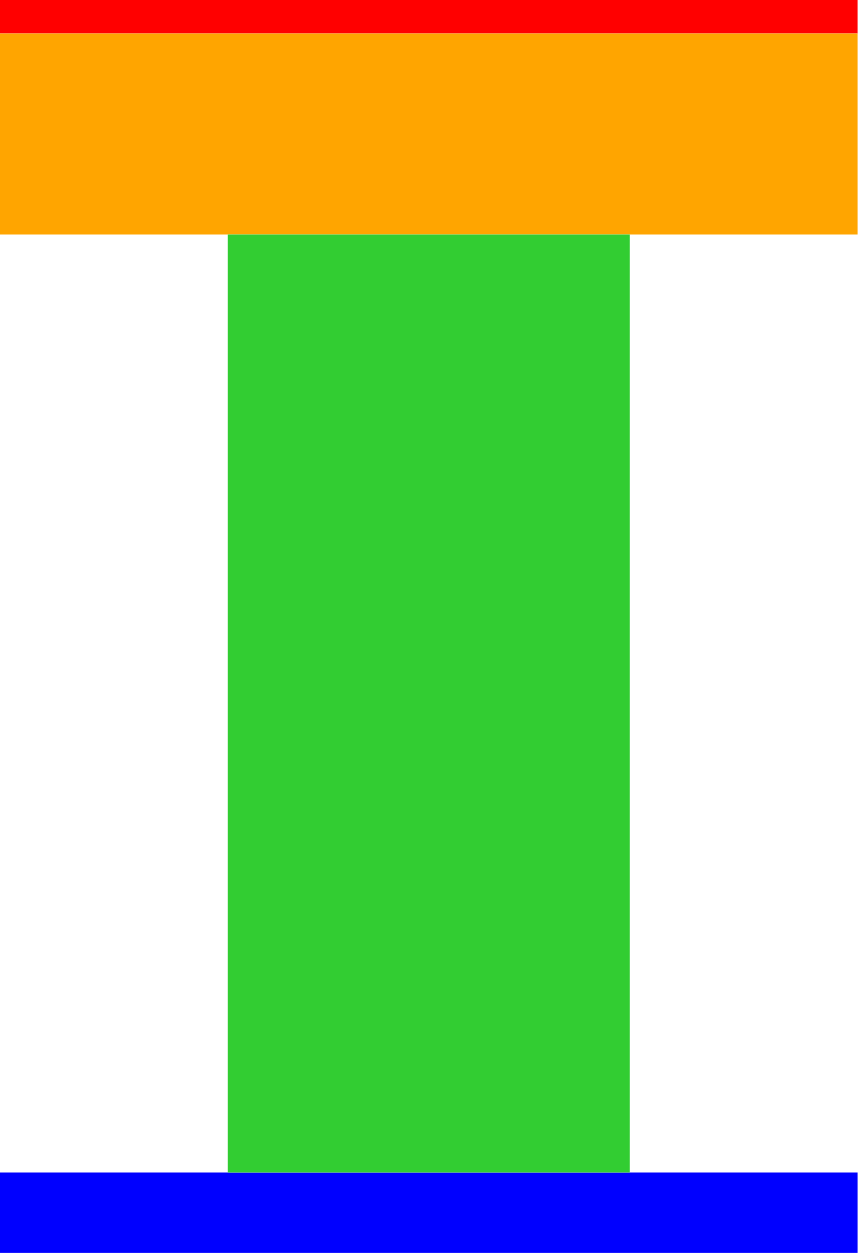
Repository: decknoboh/exercise1-8
Page: exercise1-4/index.html
The author's editor kept a record of every edit. The page is drawn from the files as they stood at one moment, then again after the next edit.
The browser window is 1280 px wide. The pictures show the whole page, at 67% of full size.

Above is the page before.

After the next edit:
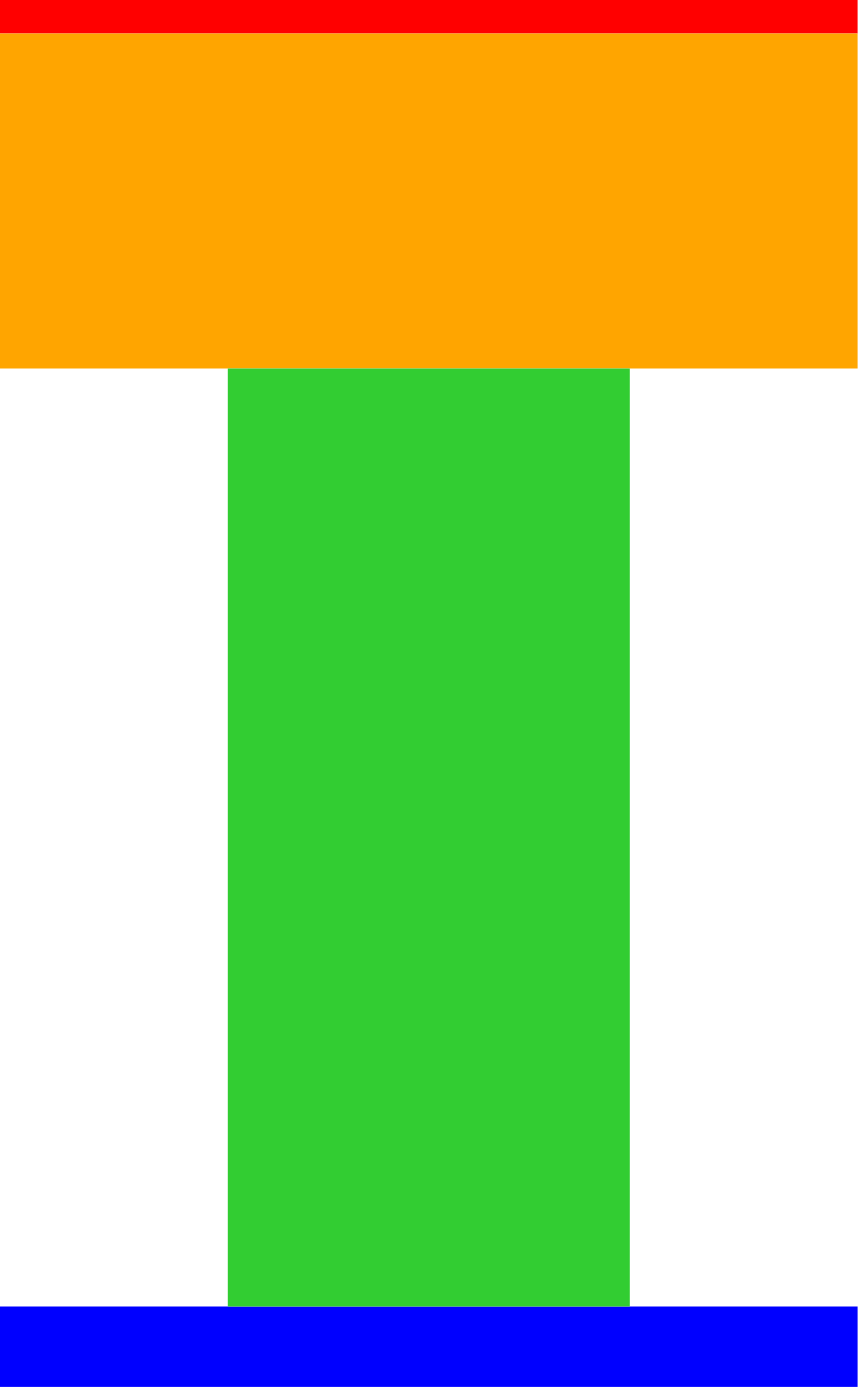
The edit:
--- a/exercise1-4/style.css
+++ b/exercise1-4/style.css
@@ -10,21 +10,9 @@
   background-color: red;
 }
 
-.header-top{
-  width: 100%;
-  height: 70px;
-  background-color: hotpink;
-}
-
-.header-bottom{
-  width: 100%;
-  height: 50px;
-  background-color: pink;
-}
-
 .main-visual{
   width: 100%;
-  height: 300px;
+  height: 500px;
   background-color: orange;
 }
 
